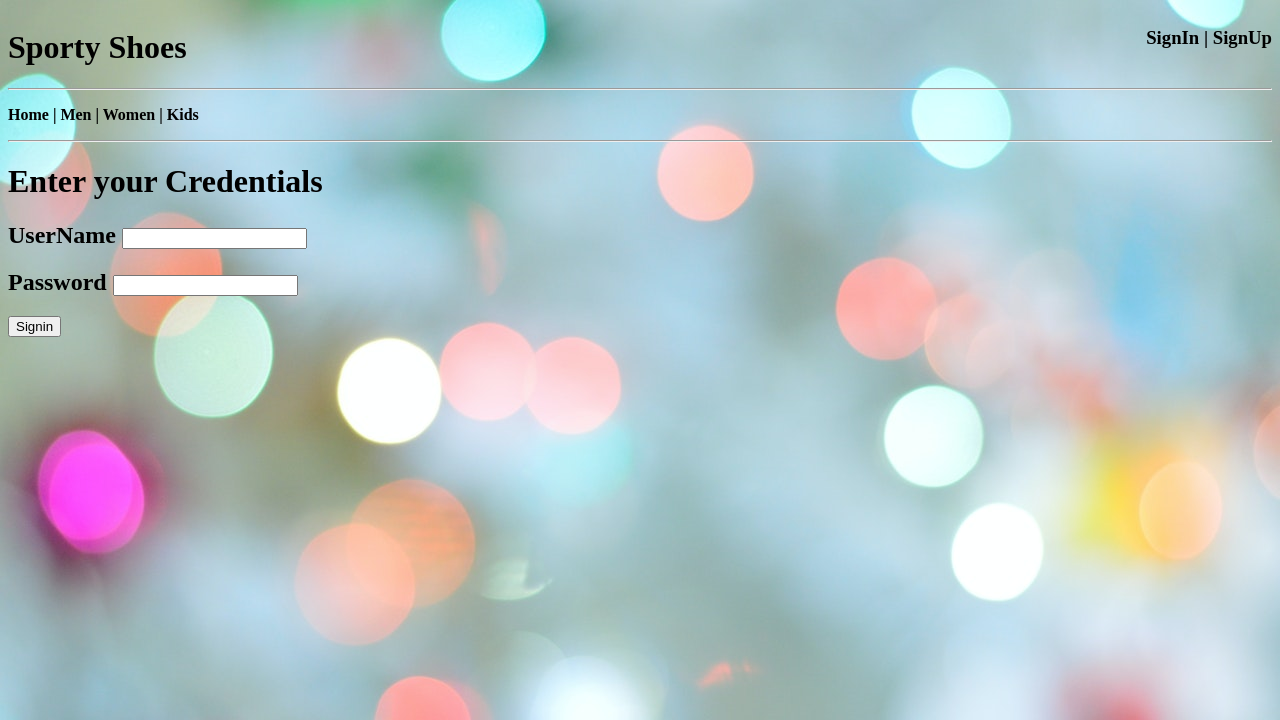
Repository: Sherwin-create/JavaFSPhase3Project
Page: http://localhost/Sporty-Shoes/WEB-INF/view/signinForm.jsp
An editor plug-in stored every save of this project. The page is shown before and after the next save, followed by the edit.
The browser window is 1280 px wide. The pictures show the whole page.
The page is served by Tomcat 9. Nobody is signed in. The template is opened directly, without the code that normally fills it, so the values that code supplies are empty.

Above is the page before, as saved 2022-04-30 17:38:47.

After the next save:
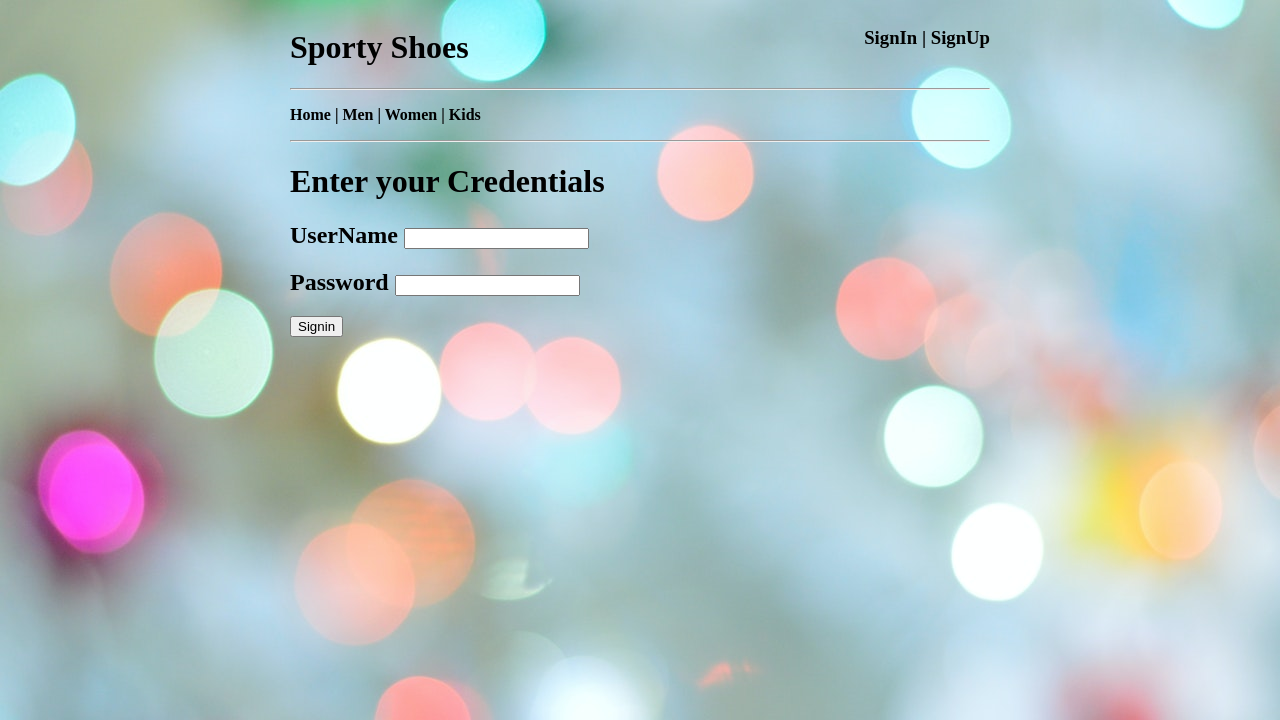
Saved 3 min 26 s later.
--- a/Sporty-Shoes/src/main/webapp/WEB-INF/view/signinForm.jsp
+++ b/Sporty-Shoes/src/main/webapp/WEB-INF/view/signinForm.jsp
@@ -9,6 +9,9 @@
 		background-repeat: no-repeat;
 		background-size: cover;
 		align-content: center;
+		width: 700px;
+		margin-left: auto;
+		margin-right: auto;
 	}
 </style>
 <meta charset="ISO-8859-1">
